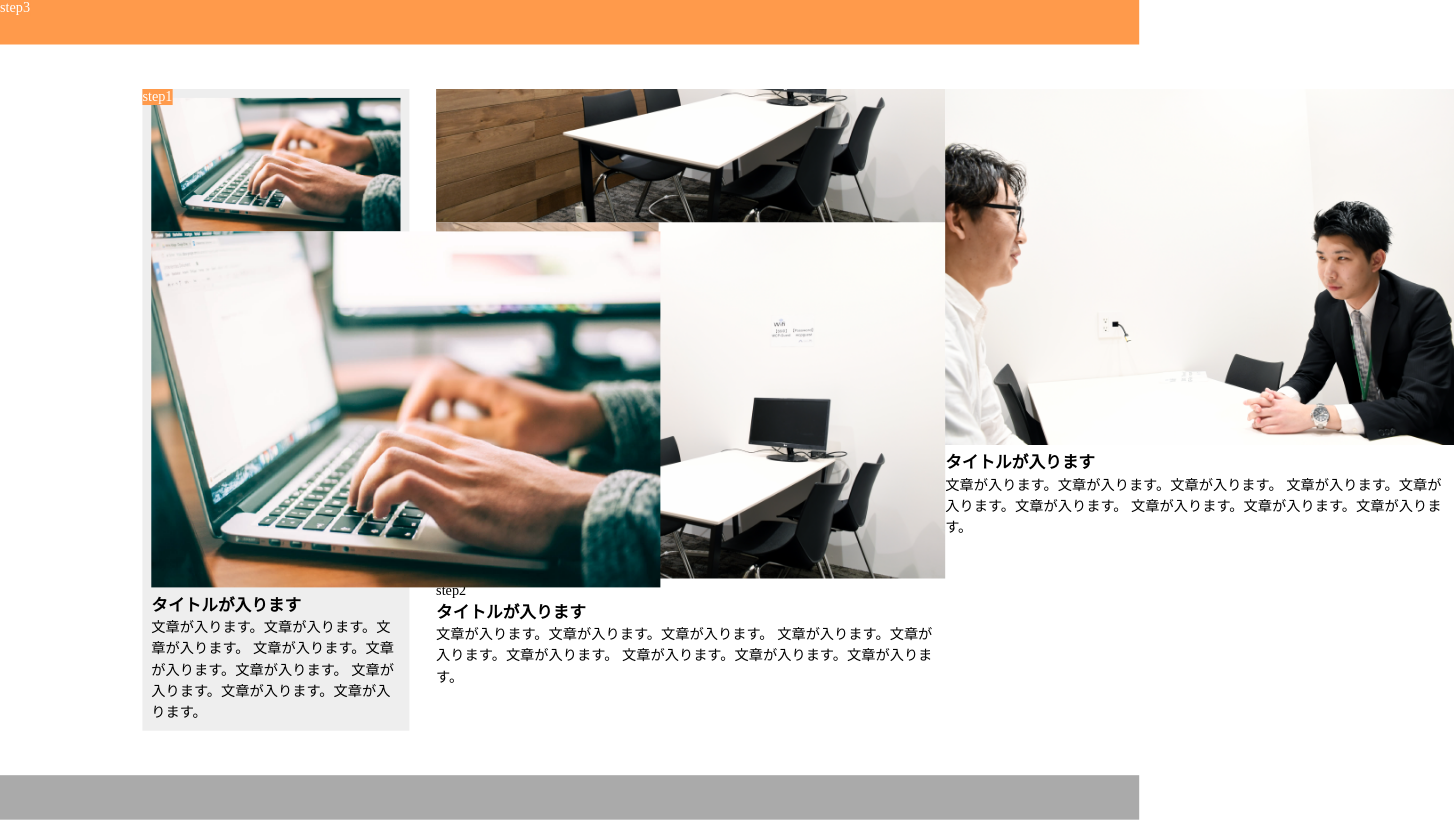
Repository: eyaonu/application2
Page: chapter9/answer9.html
The author's editor kept a record of every edit. The page is drawn from the files as they stood at one moment, then again after the next edit.
The browser window is 1280 px wide. The page is 1634 px wide, so the pictures cover 1634 px, including what lies to the right of the window. The pictures show the whole page, at 89% of full size.

Above is the page before.

After the next edit:
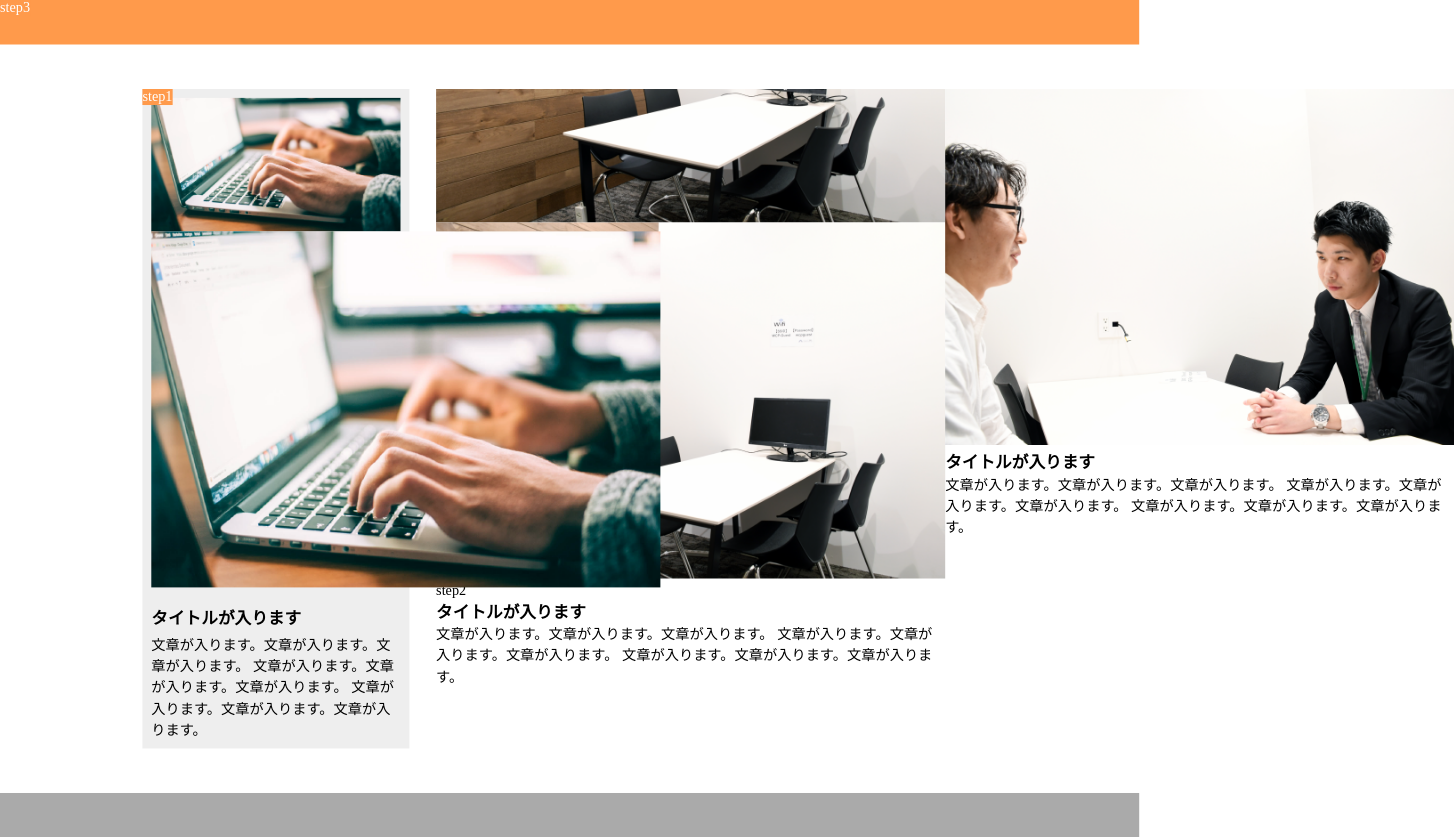
The edit:
--- a/chapter9/answer9.html
+++ b/chapter9/answer9.html
@@ -15,8 +15,8 @@
         <div class="step-box">
           <span class="step-num">step1</span>
           <div class="step-img1"></div>
-          <img claas="img" src="img/flow01.png" />
-          <h3 claas="title">タイトルが入ります</h3>
+          <img class="img" src="img/flow01.png" />
+          <h3 class="title">タイトルが入ります</h3>
           <p class="text">
             文章が入ります。文章が入ります。文章が入ります。
             文章が入ります。文章が入ります。文章が入ります。
